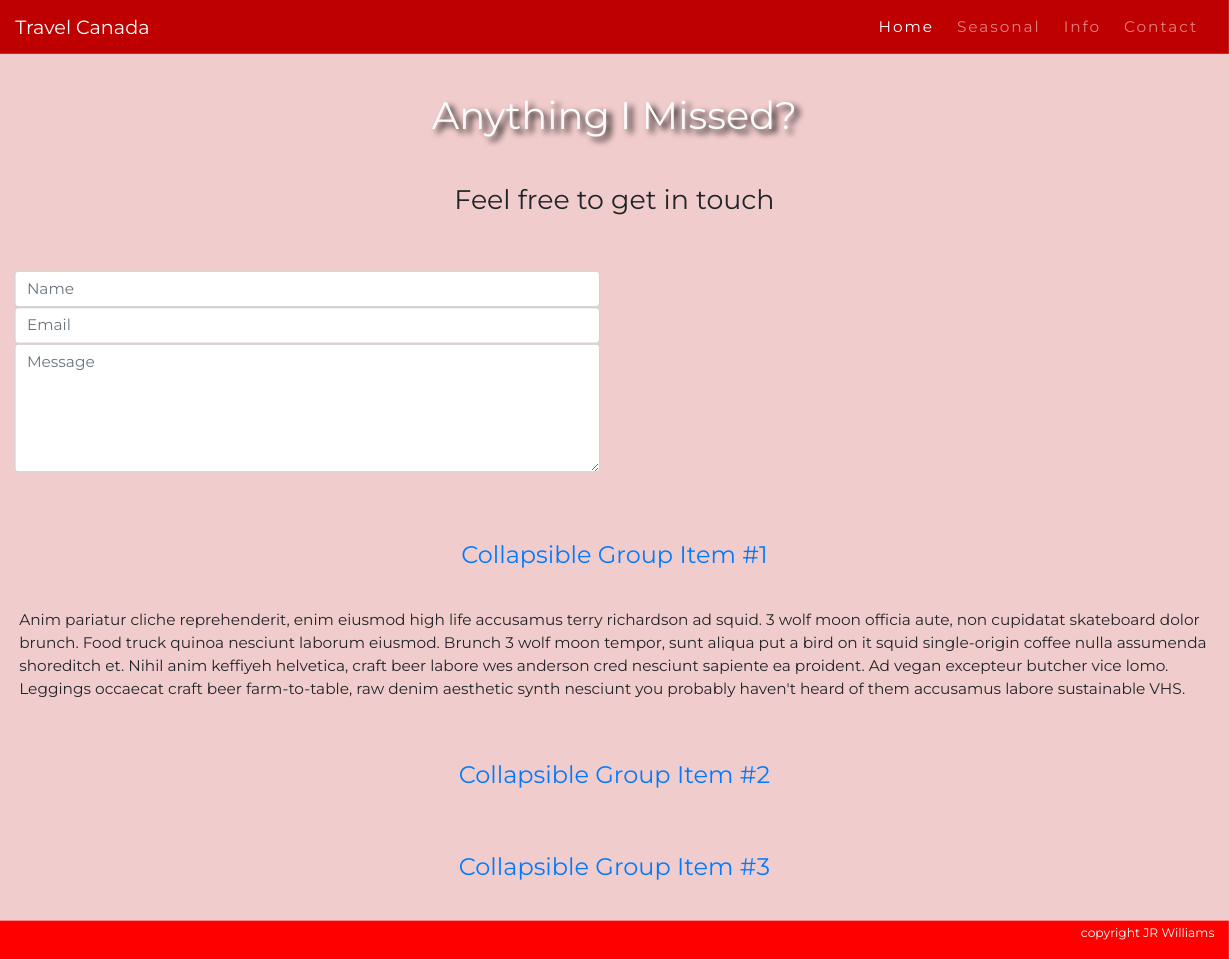
Repository: JonWil91/Travel-Canada
Page: contact.html
The author's editor kept a record of every edit. The page is drawn from the files as they stood at one moment, then again after the next edit.
The browser window is 1280 px wide. The pictures show the whole page, at 96% of full size.
Some web libraries are served in a nearby version.

Above is the page before.

### contact.html
<!DOCTYPE html>
<html lang="en">

<head>
    <meta charset="UTF-8">
    <meta name="viewport" content="width=device-width, initial-scale=1.0">
    <meta http-equiv="X-UA-Compatible" content="ie=edge">
    <title>Canada</title>
    <link rel="stylesheet" href="https://stackpath.bootstrapcdn.com/bootstrap/4.3.1/css/bootstrap.min.css" integrity="sha384-ggOyR0iXCbMQv3Xipma34MD+dH/1fQ784/j6cY/iJTQUOhcWr7x9JvoRxT2MZw1T" crossorigin="anonymous">
    <link href="https://fonts.googleapis.com/css?family=Montserrat:200,400,500i&display=swap" rel="stylesheet">
    <link rel="stylesheet" href="https://use.fontawesome.com/releases/v5.6.1/css/all.css" integrity="sha384-gfdkjb5BdAXd+lj+gudLWI+BXq4IuLW5IT+brZEZsLFm++aCMlF1V92rMkPaX4PP" crossorigin="anonymous">
    <link rel="stylesheet" href="css/style.css" type="text/css" />


    <body>

        <!-- navbar -->


        <div class="container-fluid navalert-container">
            <nav class="navbar navbar-dark navbar-expand-sm">
                <a href="index.html" class="navbar-brand">Travel Canada</a>
                <button class="navbar-toggler ml-auto" type="button" data-toggle="collapse" data-target="#navbarNavDropdown" aria-controls="navbarNavDropdown" aria-expanded="false" aria-label="Toggle
        navigation">
            <span class="navbar-toggler-icon"></span>
        </button>
                <div class="collapse navbar-collapse" id="navbarNavDropdown">
                    <ul class="navbar-nav ml-auto">
                        <li class="active nav-item mr-2"><a class="nav-link" href="index.html">Home</a></li>
                        <li class="nav-item mr-2"><a class="nav-link" href="seasonal.html">Seasonal</a></li>
                        <li class="nav-item mr-2"><a class="nav-link" href="info.html">Info</a></li>
                        <li class="nav-item mr-2"><a class="nav-link" href="contact.html">Contact</a></li>

                    </ul>
                </div>
            </nav>
        </div>


        <!-- contact form -->


        <div class="container title-container my-5 text-center">
            <div class="row">
                <div class="col-12">
                    <h1 class="my-5 jumbotron-header">Anything I Missed?</h1>
                    <h3>Feel free to get in touch</h3>
                </div>
            </div>
        </div>

        <div class="container-fluid text-center my-5 center-form">
            <div class="row">
                <div class="col-md-6">
                    <div class="center-form">
                        <form>
                            <input type="text" name="name" id="fullname" class="form-control" placeholder="Name" required />
                            <input type="email" name="email" id="emailaddress" class="form-control" placeholder="Email" required />
                            <textarea rows="5" name="message" id="message" class="form-control" placeholder="Message" required></textarea>
                            <div class="form-row text-center">
                            </div>
                        </form>
                    </div>
                </div>
            </div>
        </div>





        <!-- /contact form -->


        <div class="accordion" id="accordionExample">
            <div class="card">
                <div class="card-header" id="headingOne">
                    <h2 class="mb-0">
                        <button class="btn btn-link" type="button" data-toggle="collapse" data-target="#collapseOne" aria-expanded="true" aria-controls="collapseOne">
          Collapsible Group Item #1
        </button>
                    </h2>
                </div>

                <div id="collapseOne" class="collapse show" aria-labelledby="headingOne" data-parent="#accordionExample">
                    <div class="card-body">
                        Anim pariatur cliche reprehenderit, enim eiusmod high life accusamus terry richardson ad squid. 3 wolf moon officia aute, non cupidatat skateboard dolor brunch. Food truck quinoa nesciunt laborum eiusmod. Brunch 3 wolf moon tempor, sunt aliqua put a bird
                        on it squid single-origin coffee nulla assumenda shoreditch et. Nihil anim keffiyeh helvetica, craft beer labore wes anderson cred nesciunt sapiente ea proident. Ad vegan excepteur butcher vice lomo. Leggings occaecat craft beer
                        farm-to-table, raw denim aesthetic synth nesciunt you probably haven't heard of them accusamus labore sustainable VHS.
                    </div>
                </div>
            </div>
            <div class="card">
                <div class="card-header" id="headingTwo">
                    <h2 class="mb-0">
                        <button class="btn btn-link collapsed" type="button" data-toggle="collapse" data-target="#collapseTwo" aria-expanded="false" aria-controls="collapseTwo">
          Collapsible Group Item #2
        </button>
                    </h2>
                </div>
                <div id="collapseTwo" class="collapse" aria-labelledby="headingTwo" data-parent="#accordionExample">
                    <div class="card-body">
                        Anim pariatur cliche reprehenderit, enim eiusmod high life accusamus terry richardson ad squid. 3 wolf moon officia aute, non cupidatat skateboard dolor brunch. Food truck quinoa nesciunt laborum eiusmod. Brunch 3 wolf moon tempor, sunt aliqua put a bird
                        on it squid single-origin coffee nulla assumenda shoreditch et. Nihil anim keffiyeh helvetica, craft beer labore wes anderson cred nesciunt sapiente ea proident. Ad vegan excepteur butcher vice lomo. Leggings occaecat craft beer
                        farm-to-table, raw denim aesthetic synth nesciunt you probably haven't heard of them accusamus labore sustainable VHS.
                    </div>
                </div>
            </div>
            <div class="card">
                <div class="card-header" id="headingThree">
                    <h2 class="mb-0">
                        <button class="btn btn-link collapsed" type="button" data-toggle="collapse" data-target="#collapseThree" aria-expanded="false" aria-controls="collapseThree">
          Collapsible Group Item #3
        </button>
                    </h2>
                </div>
                <div id="collapseThree" class="collapse" aria-labelledby="headingThree" data-parent="#accordionExample">
                    <div class="card-body">
                        Anim pariatur cliche reprehenderit, enim eiusmod high life accusamus terry richardson ad squid. 3 wolf moon officia aute, non cupidatat skateboard dolor brunch. Food truck quinoa nesciunt laborum eiusmod. Brunch 3 wolf moon tempor, sunt aliqua put a bird
                        on it squid single-origin coffee nulla assumenda shoreditch et. Nihil anim keffiyeh helvetica, craft beer labore wes anderson cred nesciunt sapiente ea proident. Ad vegan excepteur butcher vice lomo. Leggings occaecat craft beer
                        farm-to-table, raw denim aesthetic synth nesciunt you probably haven't heard of them accusamus labore sustainable VHS.
                    </div>
                </div>
            </div>
        </div>



        <!-- footer -->

        <div class=" container-fluid footer ">
            <div class="row ">
                <div class="col-12 ">
                    <p class="ml-auto "><small>copyright JR Williams</small></p>

                </div>
            </div>
        </div>


        <!-- /footer -->



        <script src="https://code.jquery.com/jquery-3.3.1.slim.min.js" integrity="sha384-q8i/X+965DzO0rT7abK41JStQIAqVgRVzpbzo5smXKp4YfRvH+8abtTE1Pi6jizo" crossorigin="anonymous"></script>
        <script src="https://cdnjs.cloudflare.com/ajax/libs/popper.js/1.14.7/umd/popper.min.js" integrity="sha384-UO2eT0CpHqdSJQ6hJty5KVphtPhzWj9WO1clHTMGa3JDZwrnQq4sF86dIHNDz0W1" crossorigin="anonymous"></script>
        <script src="https://stackpath.bootstrapcdn.com/bootstrap/4.3.1/js/bootstrap.min.js" integrity="sha384-JjSmVgyd0p3pXB1rRibZUAYoIIy6OrQ6VrjIEaFf/nJGzIxFDsf4x0xIM+B07jRM" crossorigin="anonymous"></script>



    </body>

### css/style.css
body {
    font-family: 'Montserrat', sans-serif;
    background-color: #f1cccc;
}


/* Navbar */

.navalert-container {
    position: absolute;
    top: 0;
    left: 0;
    padding-left: 0;
    padding-right: 0;
    z-index: 1;
    background-color: #ff0000;
}

.navbar {
    margin-bottom: 0;
    border: 0;
    width: 100%;
    background-color: rgba(0, 0, 0, 0.25);
}

.navbar-toggler {
    border: none;
    background-color: transparent;
}

.navbar-brand {
    font-weight: 500;
}

.navbar-nav {
    letter-spacing: 2px;
}


/* /navbar */

/* landing page */

.callout-container {
    height: 100vh;
    background: url("../images/canada-landing-page.jpg") no-repeat bottom right fixed;
    -webkit-background-size: cover;
    -moz-background-size: cover;
    -o-background-size: cover;
    background-size: cover;

    display: flex;
    justify-content: center;
    position: relative;
}



.jumbotron {
    background-color: transparent;
    margin-top: 30px;
    color: #fafafa;
}

.jumbotron-header {
    font-size: 40px;
    color: #fafafa;
    text-shadow: 5px 5px 7px black;
}

.lead {
    margin-top: 30px;
    color: #de5858;
    font-family: 'Roboto', sans-serif;
    font-weight: 600;
    font-size: 25px;
    text-shadow: 5px 5px 10px #fafafa;

}

.about-me {
    color: #fafafa;
    text-shadow: 5px 5px 10px black;
}

.about-me-text {
    color: black;
}


/* /landing page */

/* seasonal */

.title-container {
    display: flex;
    justify-content: center;
    position: relative;
}

.container-subheading {
    display: flex;
    justify-content: center;
    position: relative;
}

.img-fluid {
    width: 100vh;
    height: 65vh;
    border-radius: 20px;
}


.icon {
    color: #e82e2e;
    padding: 10px;
}

.season-title {
    padding: 0 0 20px 0;

}

.season-section {
    font-size: 18px;
    padding: 10px;
}

.card-header {
    justify-content: center;
    display: flex;
    background-color: transparent;
    border: none;
    text-decoration: none;
}

button {
    text-decoration: none;
}

.btn-link {
    font-size: 25px;
}

.btn-link:hover,
.btn-link:active,
.btn-link:focus {
    text-decoration: none;
    background-color: #ff0000;
    color: #fafafa;
    font-size: 25px;
    border-radius: 5px;
}


/* /seasonal */


/* Info */


.title {
    color: #fafafa;
}

.timeline-item {
    padding: 4em 2em 0em 2em;
    position: relative;
    color: red;
    border-left: 1px solid;
}

.timeline-item p {
    padding: 0;
    margin: 0;
}

.timeline-item:before {
    content: attr(data-dates);
    position: absolute;
    left: 2.5em;
    top: 3em;
    display: block;
    font-family: "Exo", sans-serif;
    font-weight: 500;
    font-size: 0.8em;
    padding: 0;
    margin: 0;
}

.timeline-item:after {
    width: 12px;
    height: 12px;
    display: block;
    top: 2.4em;
    position: absolute;
    left: -6px;
    border-radius: 12px;
    content: '';
    background-color: #fafafa;
}

.history-items {
    margin-bottom: 30px;
}

.extra-info {
    color: red;
}

.card,
.card-reader {
    background-color: transparent;
    border: none !important;
    padding: 0;
    margin-bottom: 20px;
}

.flag-picture {
    width: 90vh;
    height: 65vh;
    border-radius: 20px;
    margin-top: 90px
}

/* /Info */

/* Contact */

.contact-box {
    height: 50px;
}

.contact-button {
    background-color: #ff0000;
}


/* /Contact */

/* Footer */

.footer {
    background-color: #ff0000;
    color: #fafafa;
    float: right;
}

.footer-contact {
    background-color: #ff0000;
    color: #fafafa;
    float: right;
    position: absolute;
    bottom: 0;
}

.ml-auto {
    float: right;
}

/* /footer */

After the next edit:
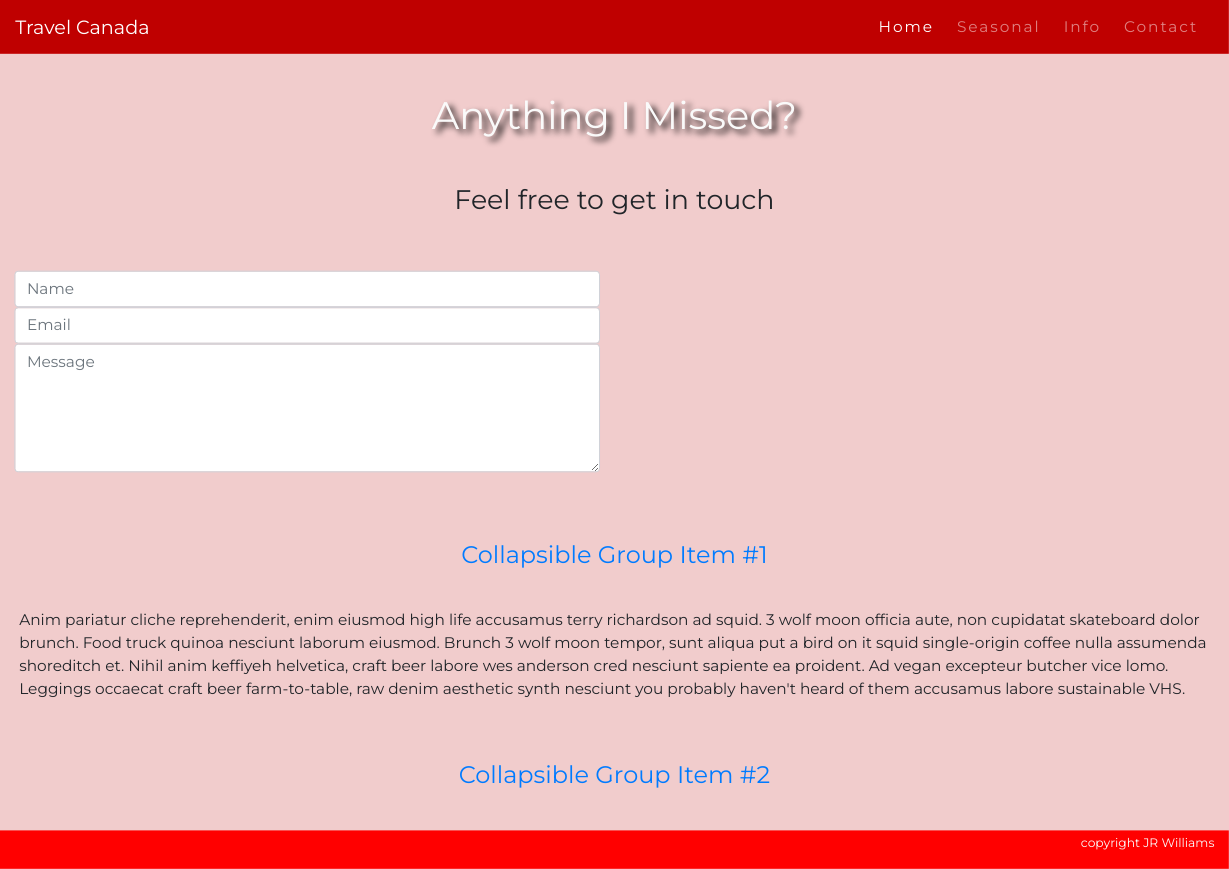
The edit:
--- a/contact.html
+++ b/contact.html
@@ -106,23 +106,7 @@
                     </div>
                 </div>
             </div>
-            <div class="card">
-                <div class="card-header" id="headingThree">
-                    <h2 class="mb-0">
-                        <button class="btn btn-link collapsed" type="button" data-toggle="collapse" data-target="#collapseThree" aria-expanded="false" aria-controls="collapseThree">
-          Collapsible Group Item #3
-        </button>
-                    </h2>
-                </div>
-                <div id="collapseThree" class="collapse" aria-labelledby="headingThree" data-parent="#accordionExample">
-                    <div class="card-body">
-                        Anim pariatur cliche reprehenderit, enim eiusmod high life accusamus terry richardson ad squid. 3 wolf moon officia aute, non cupidatat skateboard dolor brunch. Food truck quinoa nesciunt laborum eiusmod. Brunch 3 wolf moon tempor, sunt aliqua put a bird
-                        on it squid single-origin coffee nulla assumenda shoreditch et. Nihil anim keffiyeh helvetica, craft beer labore wes anderson cred nesciunt sapiente ea proident. Ad vegan excepteur butcher vice lomo. Leggings occaecat craft beer
-                        farm-to-table, raw denim aesthetic synth nesciunt you probably haven't heard of them accusamus labore sustainable VHS.
-                    </div>
-                </div>
-            </div>
-        </div>
+
 
 
 
